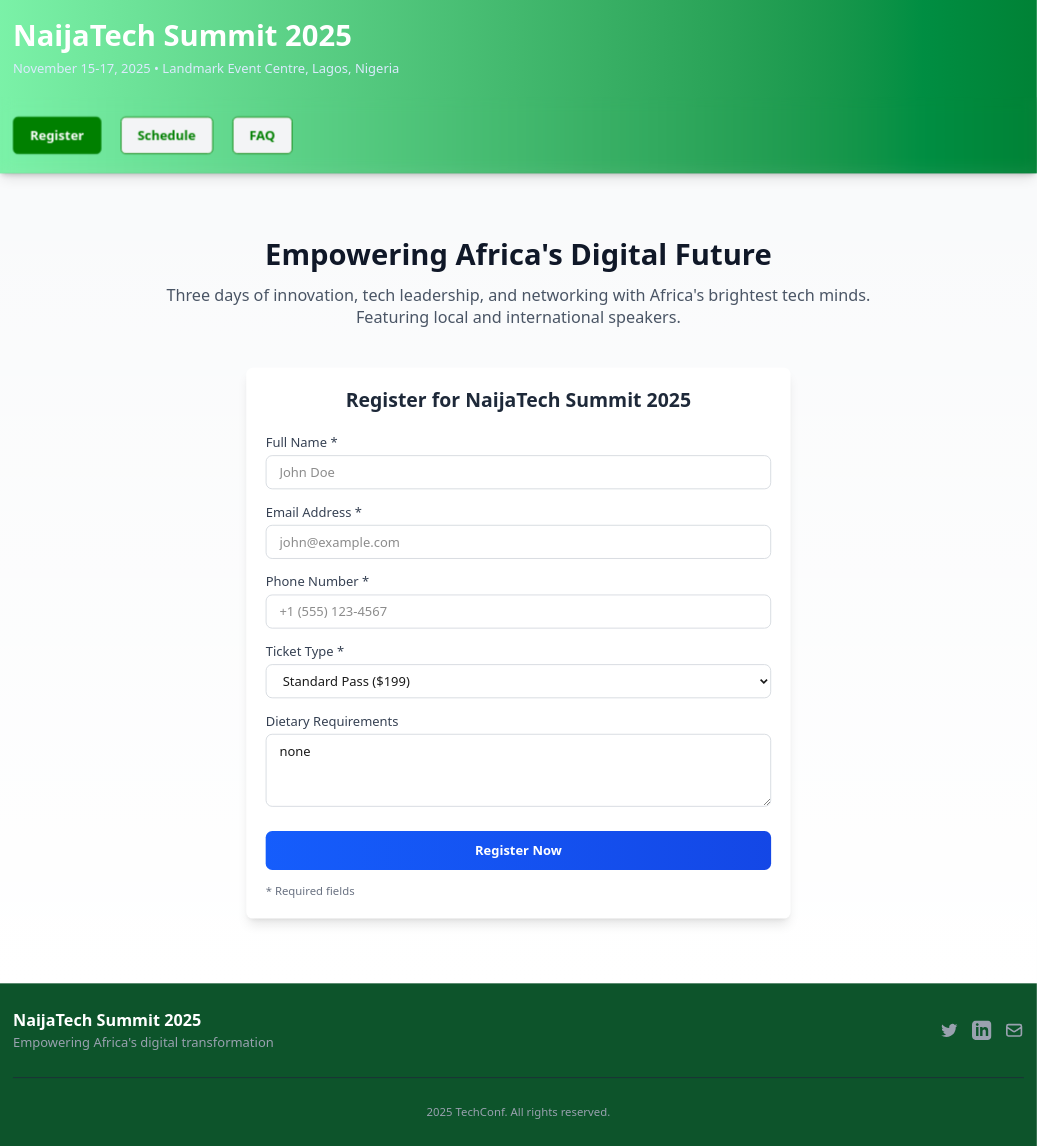
Repository: AYANO-EMMANUEL/fictional-tech-conf-event
Page: /
The author's editor kept a copy of each file at every save. The page is drawn from the files as they stood at one save, then again after the next save.
The browser window is 1280 px wide. The pictures show the whole page, at 81% of full size.
The project was rebuilt for these pictures with package versions that can differ from the ones it lists, and the page was loaded fresh each time. Also part of the build but not shown: vite.config.ts, src/components/Schedule/Schedule.tsx, src/components/FAQ/FAQ.tsx.

Above is the page before, as saved 2025-08-02 11:08:21.

After the next save:
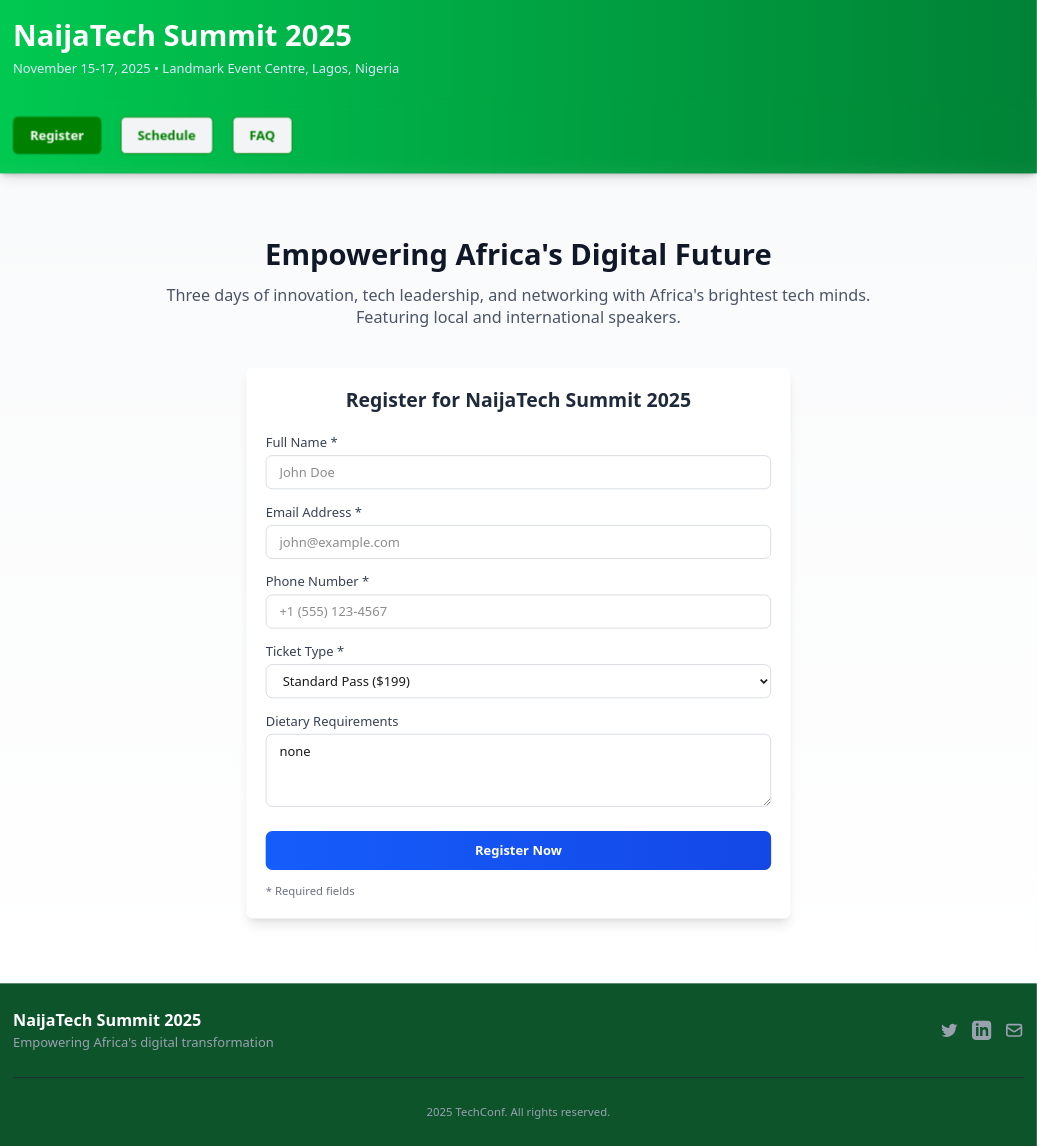
Saved 8 s later.
--- a/src/App.tsx
+++ b/src/App.tsx
@@ -9,7 +9,7 @@ function App() {
   return (
     <div className="min-h-screen bg-gray-50">
       {/* Header */}
-      <header className="bg-gradient-to-r from-green-300 to-green-700 text-white shadow-lg">
+      <header className="bg-gradient-to-r from-green-500 to-green-700 text-white shadow-lg">
         <div className="container mx-auto px-4 py-6">
           <h1 className="text-3xl md:text-4xl font-bold mb-2">NaijaTech Summit 2025</h1>
           <p className="text-blue-100">November 15-17, 2025 • Landmark Event Centre, Lagos, Nigeria</p>
